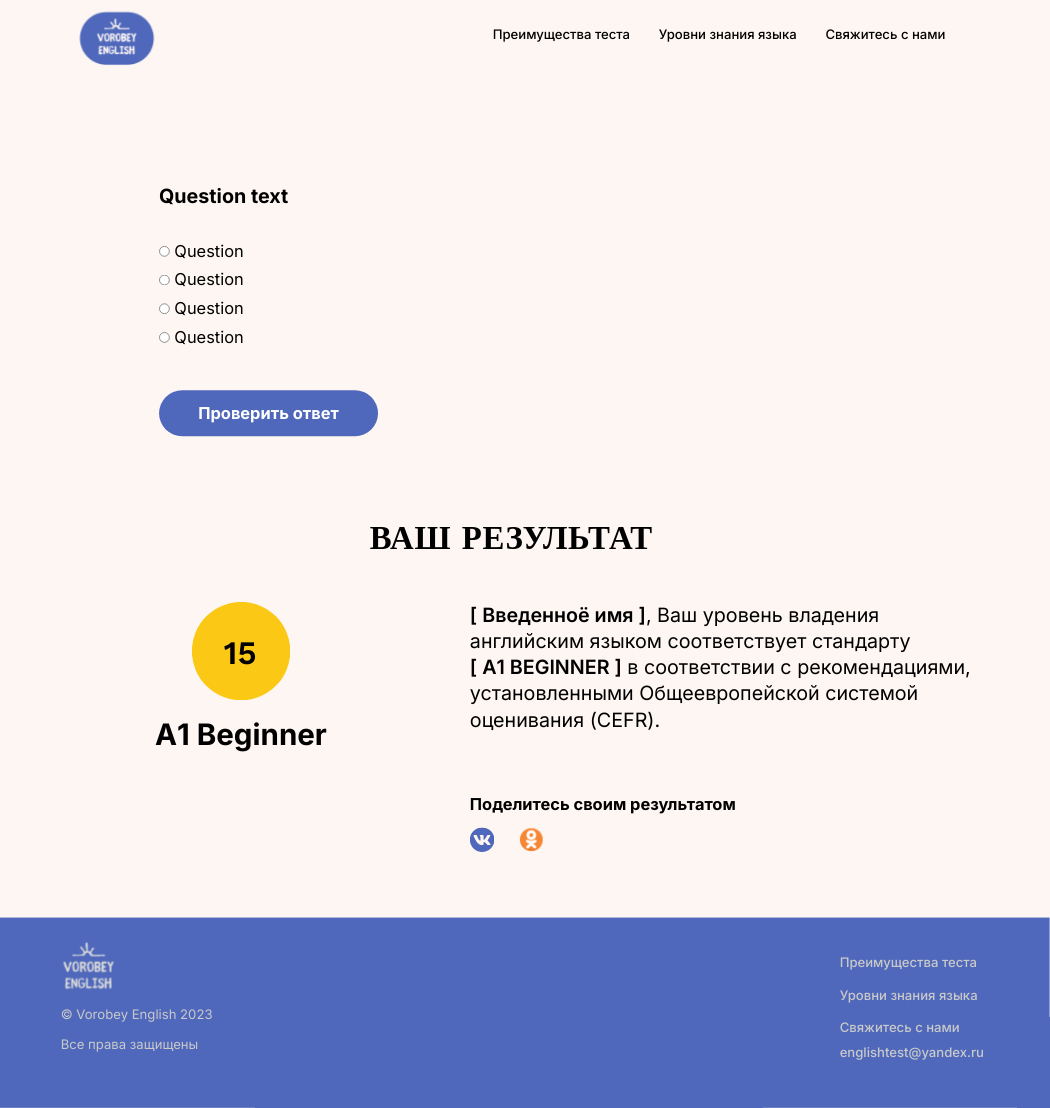
Repository: WladimirVA/PP-01-01_Dandelions
Page: test.html
These files come from the project's save history. The page is drawn as it stood at one moment and after the next save; the edit follows.
The browser window is 1280 px wide. The pictures show the whole page, at 82% of full size.

Above is the page before, as saved 2023-02-14 13:52:59.

After the next save:
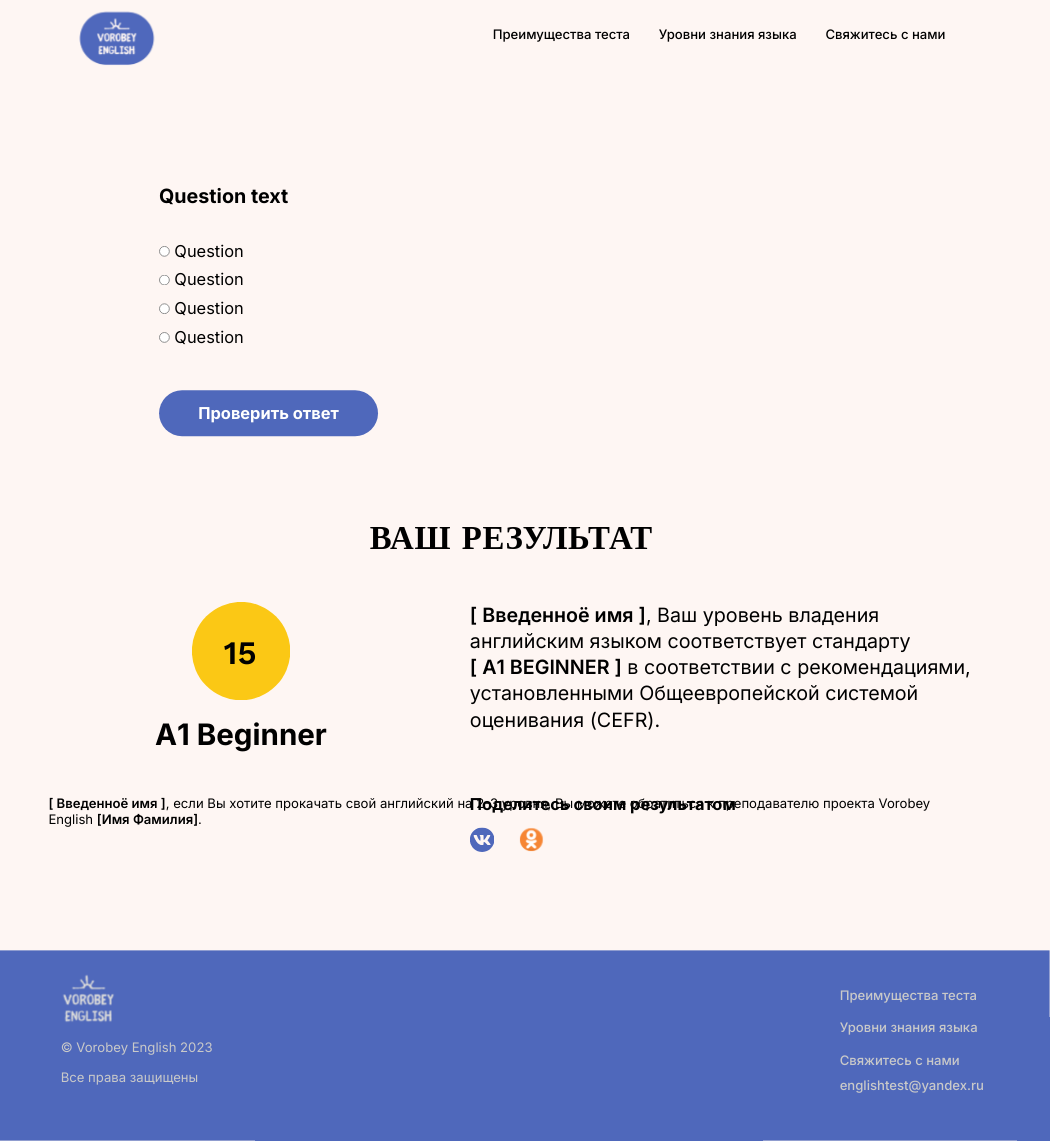
Saved 10 min 7 s later.
--- a/test.html
+++ b/test.html
@@ -67,19 +67,26 @@
                         <p>А1  Beginner</p>
                     </div>
                 </div>
-                    <div class="">
+                <div class="">
                         <p class="info-result-p"><span style="font-weight: 600;"> [ Введенноё имя ]</span>, Ваш уровень владения английским языком соответствует стандарту <br><span style="font-weight: 600;">[ А1 BEGINNER ]</span> в соответствии
                         с рекомендациями, установленными Общеевропейской системой оценивания (CEFR).</p>
-                        <div class="share">
-                            <p>Поделитесь своим результатом</p>
-                            <div class="share-img">
-                                <img src="./static/img/VK.svg" alt="VK">
-                                <img src="./static/img/odnoklassniki 1.svg" alt="odnoklassniki">
-                                 <!-- <img src="./static/img/instagram3 1.svg" alt="instagram"> -->
-                            </div>
+                    <div class="share">
+                        <p>Поделитесь своим результатом</p>
+                        <div class="share-img">
+                            <img src="./static/img/VK.svg" alt="VK">
+                            <img src="./static/img/odnoklassniki 1.svg" alt="odnoklassniki">
+                             <!-- <img src="./static/img/instagram3 1.svg" alt="instagram"> -->
                         </div>
                     </div>
                 </div>
+            </div>
+            <div class="appeal">
+                <div>
+                    <p><span style="font-weight: 600;">[ Введенноё имя ]</span>, если Вы хотите прокачать свой английский на 2-3 уровня, Вы можете обратиться
+                        к преподавателю проекта Vorobey English <span style="font-weight: 600;">[Имя Фамилия]</span>. </p>
+                </div>
+
+            </div>
         </form>
 
     </header>
